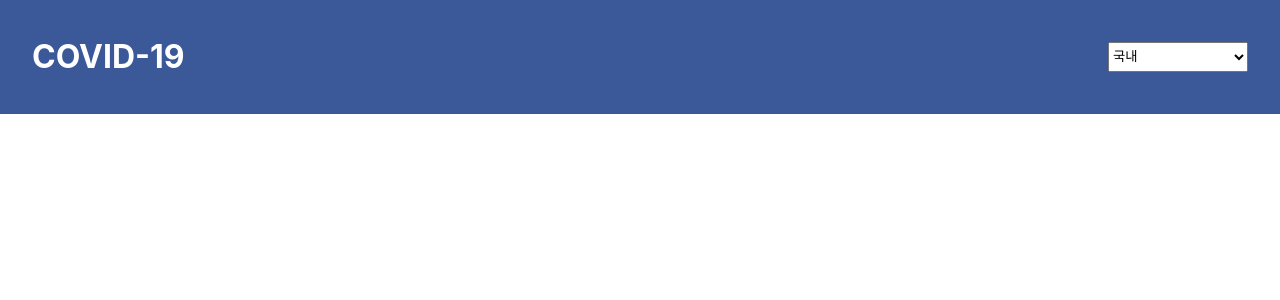
Repository: WOOBINKIM930518/test
Page: /
An editor plug-in stored every save of this project. The page is shown before and after the next save, followed by the edit.
The browser window is 1280 px wide. The pictures show the whole page.
The project was rebuilt for these pictures with package versions that can differ from the ones it lists, and the page was loaded fresh each time.

Above is the page before, as saved 2022-01-12 21:57:40.

After the next save:
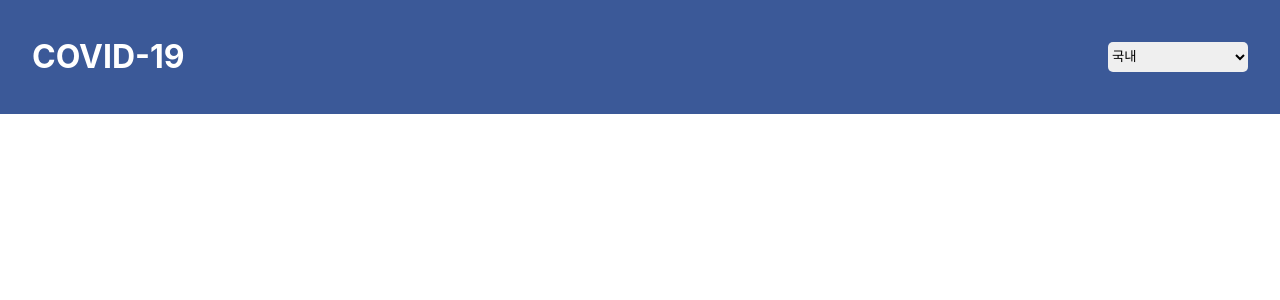
Saved 17 s later.
--- a/src/App.css
+++ b/src/App.css
@@ -18,4 +18,6 @@
 .header select{
   height: 30px;
   width: 140px;
+  border-radius: 5px;
+  border: none;
 }
